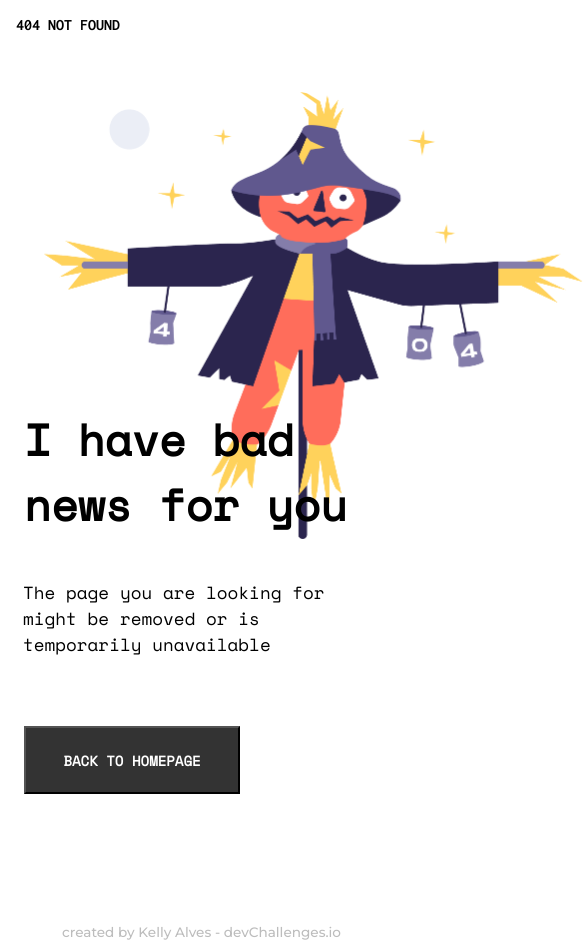
Repository: kellyalves87/404_not_found
Page: index.html
These files come from the project's save history. The page is drawn as it stood at one moment and after the next save; the edit follows.
The browser window is 375 px wide. The page is 583 px wide, then 375 px, so the pictures cover 583 px, including what lies to the right of the window. The pictures show the whole page.

Above is the page before, as saved 2021-05-16 16:37:05.

After the next save:
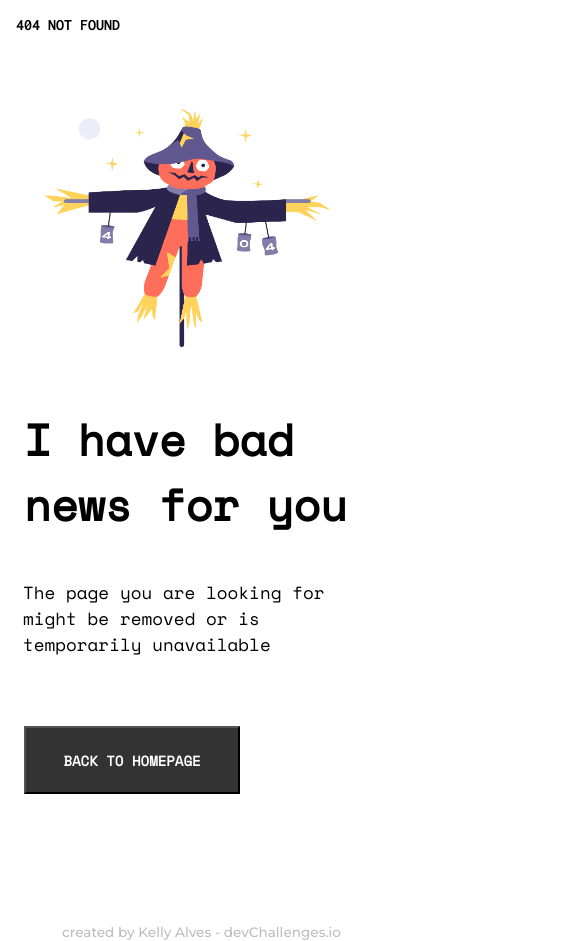
Saved 33 s later.
--- a/style/index.css
+++ b/style/index.css
@@ -95,11 +95,11 @@ button {
   }
 
   .content img {
-    position: absolute;
-    left: 11.73%;
-    right: 11.78%;
-    top: 11.49%;
-    bottom: 63.44%;
+    height: 238.00001525878906px;
+    width: 286.829833984375px;
+    left: 44px;
+    top: 109px;
+    border-radius: 0px;
   }
 
   .header,
